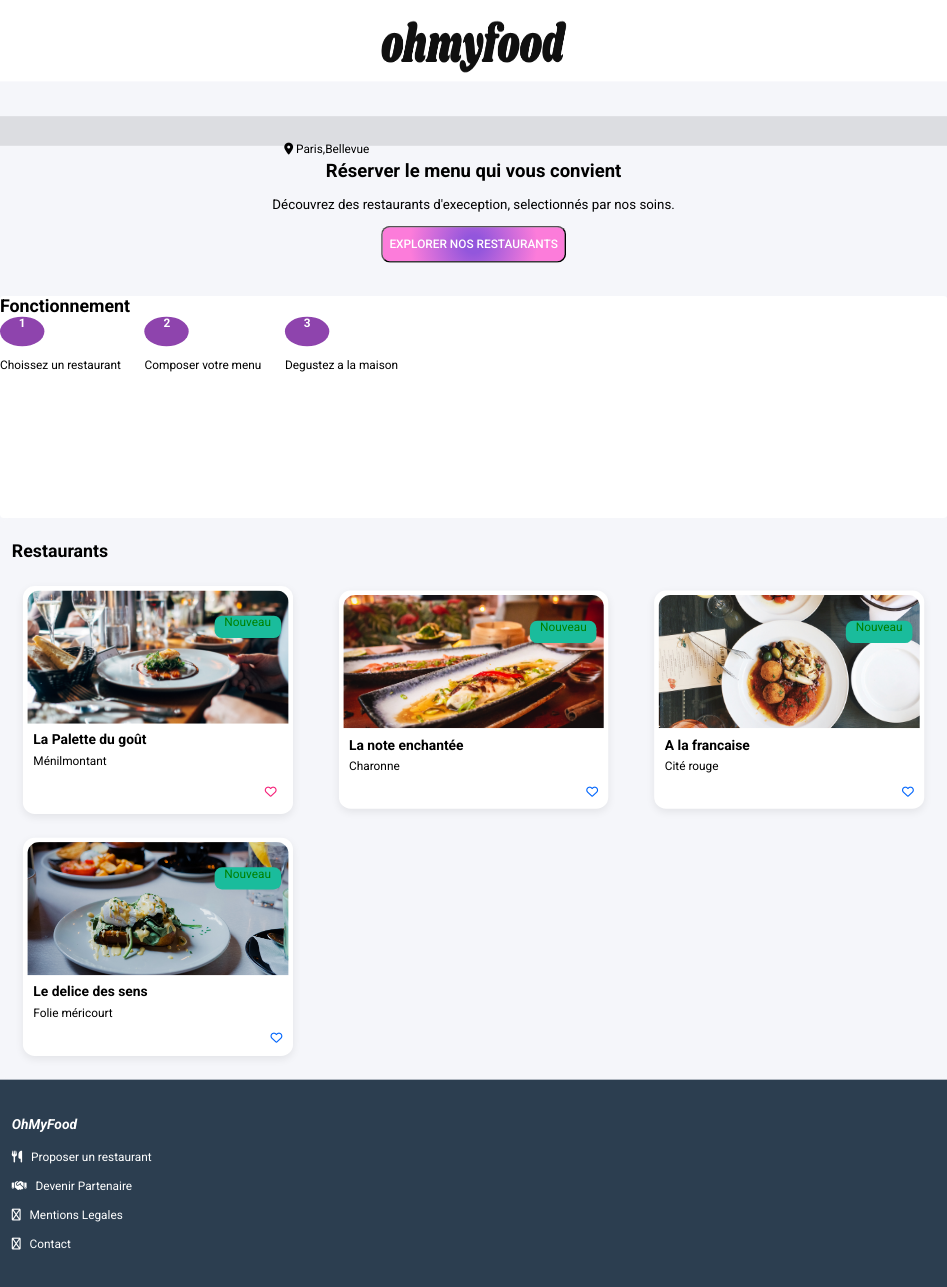
Repository: ultraasedev/ohmyfood
Page: index.html
These files come from the project's save history. The page is drawn as it stood at one moment and after the next save; the edit follows.
The browser window is 1280 px wide. The pictures show the whole page, at 74% of full size.
Some web fonts or font styles are not loaded; a fallback is used. Some web libraries are served in a nearby version.

Above is the page before, as saved 2022-10-27 18:46:23.

### index.html
<!doctype html>
<html lang="fr">
    <head>
        <meta charset="UTF-8">
        <meta name="viewport" content="width=device-width,minimum-scale=1,initial-scale=1,maximum-scale=2">

      <title>Ohmyfood!  - Home</title>
       <meta name="description" content="Ohmyfood! est une entreprise de commande de repas en ligne. Notre concept permet aux
       utilisateurs de composer leur propre menu et réduire leur temps d’attente dans les
       restaurants car leur menu est préparé à l’avance. Plus de perte de temps à consulter la carte"/>
       <meta property="og:site_name" content="Ohmyfood!  - est une entreprise de commande de repas en ligne. Notre concept permet aux
       utilisateurs de composer leur propre menu et réduire leur temps d’attente dans les
       restaurants car leur menu est préparé à l’avance. Plus de perte de temps à consulter la carte" />
       <meta property="og:description" content="est une entreprise de commande de repas en ligne. Notre concept permet aux
       utilisateurs de composer leur propre menu et réduire leur temps d’attente dans les
       restaurants car leur menu est préparé à l’avance. Plus de perte de temps à consulter la carte" />




       <link type="text/css" rel="stylesheet" href="css/normalize.css"/>
       <link type="text/css" rel="stylesheet" href="css/all.min.css"/>
       <link type="text/css" rel="stylesheet" href="css/fontawesome.min.css"/>
       <link rel="preconnect" href="https://fonts.googleapis.com">
        <link rel="preconnect" href="https://fonts.gstatic.com" crossorigin>
       <link href="https://fonts.googleapis.com/css2?family=Roboto:ital,wght@0,100;0,300;0,400;0,500;0,700;0,900;1,100;1,300;1,400;1,500;1,700;1,900&family=Shrikhand&display=swap" rel="stylesheet">
       <script   src="https://kit.fontawesome.com/f132f25ed3.js" crossorigin="anonymous"></script>

       <link type="text/css" rel="stylesheet" href="css/style.css" />



       </head>

       <body>
<!--Nav + Logo-->
   <div class="nav">
    <div class="logo">
      <img src="images/logo/ohmyfood.png" alt="Ohmyfood !" class="logo"/>
    </div>
   </div>


<!--Header-->
<header>
  <!--Location-->
 <div class="location">
  <div class="villeloca"><p><i class="fa-sharp fa-solid fa-location-dot"></i> Paris,Bellevue</p></div>
</div>

  <div class="head-cont">
    <h2>Réserver le menu qui vous convient</h2>
    <p>Découvrez des restaurants d'exeception, selectionnés par nos soins.</p>

    <button class="btn-nav">
      Explorer nos restaurants
    </button>
  </div>
</header>

<!--Fonctionnement-->
<section class="cont-fonc">
  <h2>Fonctionnement</h2>

  <div class="ctn-filtres">

    <div class="filtres">
      <div class="circle-inf">1</div>
      <p>Choissez un restaurant</p>
    </div>

    <div class="filtres">
      <div class="circle-inf">2</div>
      <p>Composer votre menu</p>
    </div>

    <div class="filtres">
      <div class="circle-inf">3</div>
      <p>Degustez a la maison</p>
    </div>


  </div>

</section>
<!--Fonctionnement-->

<!--Restau 1-->
<section class="cont-art">
  <h2>Restaurants</h2>

  <!-- Card 1 -->
              <article class="resto-card">
                <a href="#">
                  <img
                    src="./images/restaurants/jay-wennington-N_Y88TWmGwA-unsplash.jpg"
                    alt="Photo de l'hébergement"
                  />
                  <div class="new">Nouveau</div>
                  <h3>La Palette du goût</h3>
                  <p>Ménilmontant</p>
                  <div class="stars">
                    <i class="fa-regular fa-heart active"></i>
                  </div>
                </a>
              </article>


               <!-- Card 2 -->
               <article class="resto-card">
                <a href="#">
                  <img
                    src="./images/restaurants/louis-hansel-shotsoflouis-qNBGVyOCY8Q-unsplash.jpg"
                    alt="Photo de l'hébergement"
                  />
                  <div class="new">Nouveau</div>
                  <h3>La note enchantée</h3>
                  <p>Charonne</p>
                  <div class="stars">
                    <i class="fa-regular fa-heart"></i>

                  </div>
                </a>
              </article>

               <!-- Card 3 -->
               <article class="resto-card">
                <a href="#">
                  <img
                    src="./images/restaurants/stil-u2Lp8tXIcjw-unsplash.jpg"
                    alt="Photo de l'hébergement"
                  />
                  <div class="new">Nouveau</div>
                  <h3>A la francaise</h3>
                  <p>Cité rouge</p>
                  <div class="stars">
                    <i class="fa-regular fa-heart"></i>
                  </div>
                </a>
              </article>

               <!-- Card 4 -->
               <article class="resto-card">
                <a href="#">
                  <img
                    src="./images/restaurants/toa-heftiba-DQKerTsQwi0-unsplash.jpg"
                    alt="Photo de l'hébergement"
                  />
                  <div class="new">Nouveau</div>
                  <h3>Le delice des sens</h3>
                  <p>Folie méricourt</p>
                  <div class="stars">
                    <i class="fa-regular fa-heart"></i>
                  </div>
                </a>
              </article>




</section>

<!--FOOTER-->
<footer>
  <div class="container-footer">
    <div class="card-footer">
      <h3 style="font-family: 'Roboto';font-weight: 700;font-style: italic;">OhMyFood</h3>
      <!--<img src="images/logo/ohmyfood.png" alt="Ohmyfood !" height="20px" width="80px" style="margin-bottom: 10px;"/>-->
      <a href="#"><i class="fa-solid fa-utensils"></i>&nbsp;&nbsp;&nbsp;Proposer un restaurant</a>
      <a href="#"><i class="fa-solid fa-handshake"></i>&nbsp;&nbsp;&nbsp;Devenir Partenaire</a>
      <a href="#"><i class="fa-regular fa-circle-info"></i>&nbsp;&nbsp;&nbsp;Mentions Legales</a>
      <a href="#"><i class="fa-regular fa-phone"></i>&nbsp;&nbsp;&nbsp;Contact</a>

    </div>

</footer>

### css/style.css
*{
    box-sizing: border-box;
    font-family: var(--fontall);
    max-width: 1380px;

}
:root{

  /*Font*/
  --fontall: 'Roboto', sans-serif;
  --fontlg: 'Shrikhand' , cursive;

  /*color*/
  --primary: #9356DC;
  --secon: #FF79DA;
  --tert: #99E2D0;

  --greybg: #f5f6fa;

}


body{
    background-color:  var(--greybg);
    font-family: var(--fontall);
}

/* Nav*/
.nav{
  display: flex;
  height: 130px;
  width: 100%;
  background-color: #fff;
  align-items: center;
  align-content: center;
  text-align: center;
  margin-bottom: 10px;
}
/*Logo*/
.logo{
  position: relative;
  align-items: center;
  align-content: center;
  text-align: center;
  margin-right: auto;
  margin-left: auto;
}
.logo img{
  height: 70px;
  width: 250px;
}
/*Header*/
header{
  position: absolute;
  height: 300px;
  width: 100%;
  background-color: #f5f6fa;
  align-items: center;
  align-content: center;
  text-align: center;
  margin-top: -30px;
}
/*Location*/
.location{
  position: flex;
  background-color: #dcdde1;
  height: 40px;
  margin-top: -8px;
  align-items: center;
  align-content: center;
  text-align: center;
}
.location .villeloca{
  position: absolute;
  align-items: center;
  align-content: center;
  text-align: center;
  left: 30%;
}

/*Head-Cont*/

.head-cont h2{
  font-size: 25px;
  font-weight: bold;

}
.head-cont p{
  font-size: 18px;
  font-weight: 400;

}
/*Btn-nav*/
.btn-nav{
  align-items: center;
  align-content: center;
  text-transform: uppercase;
  transition: 0.5s;
  background: rgb(147,86,220);
  background: radial-gradient(circle, rgba(147,86,220,1) 10%, rgba(252,124,218,1) 69%);
  z-index: -1;
  transition: transform 400ms ease-in;
  color: #fff;
  width: 250px;
  height: 50px;
  overflow: hidden;
  text-decoration: none;
  border-radius: 12px;
 font-weight: 500;

}
/*Fonctionnement*/
.cont-fonc{
  position: relative;
  background-color: #fff;
  height: 300px;
  margin-top: 270px;
  border-radius: 5px;
}

.cont-fonc h2 {
  grid-column: 1/-1;
  margin: 0;
}
.cont-fonc .ctn-filtres {
  display: flex;
  align-items: center;
  gap: 32px;
  flex-wrap: wrap;
  margin-bottom: 32px;
}
.cont-fonc .circle-inf{
  background-color: #8e44ad;
  width: 60px;
  height: 40px;
  border-radius: 60px / 40px;
  text-align: center;
  color: #fff;
  font-weight: bold;
}
/* Content Article */
.cont-art{
  background-color: #f5f6fa;
  padding: 32px 16px;
  border-radius: 16px;
  display: grid;
  grid-template-columns: repeat(3, 1fr);
  gap: 32px;
  left: 10px;
}
.cont-art h2 {
  grid-column: 1/-1;
  margin: 0;
}
.cont-art .resto-card{
  background: white;
  padding: 6px;
  border-radius: 16px;
  margin: auto;
  box-shadow: rgba(0, 0, 0, 0.08) 0px 4px 12px;
  transition: 0.2s;
  width: calc(100% - 30px);
}
.cont-art .resto-card .new{
  position: relative;
  background-color: #1abc9c;
  color: green;
  height: 30px;
  width: 90px;
  text-align: center;
  justify-content: center;
  align-items: center;
  border-radius: 10px;
  float: right;
  top: -150px;
  margin-right: 10px;
  font-weight: 400;
}
.cont-art .resto-card img {
  height: 180px;
  object-fit: cover;
  width: 100%;
  border-top-right-radius: 16px;
  border-top-left-radius:16px;
}
.cont-art .resto-card a {
  text-decoration: none;
  color: inherit;
}

.cont-art .resto-card h3 {
  margin: 8px 8px 8px;
}

.cont-art .resto-card p {
  margin: 8px 8px 8px;
}

.cont-art .resto-card .stars {
  margin: 8px 8px 8px;
  color: #0065fc;
  float: right;
}
.cont-art .resto-card .stars .active{
  margin: 8px 8px 8px;
  color: #f52179;
}

/*FOOTER*/
footer {
  background-color: #2c3e50;
  padding: 32px 16px;
  color: #fff;
}
.container-footer {
  display: flex;
  max-width: 1330px;
  margin: auto;
  font-family: "Raleway", sans-serif;
  gap: 16px;
}
.card-footer {
  display: flex;
  flex-direction: column;
  min-width: 30%;
}

.card-footer a {
  margin-top: 5px;
  margin-bottom: 16px;
  text-decoration: none;
  color: inherit;
}

.card-footer a:hover {
  text-decoration: underline !important;
}

Loaded but not shown: css/normalize.css (library); css/all.min.css (library); css/fontawesome.min.css (library)

After the next save:
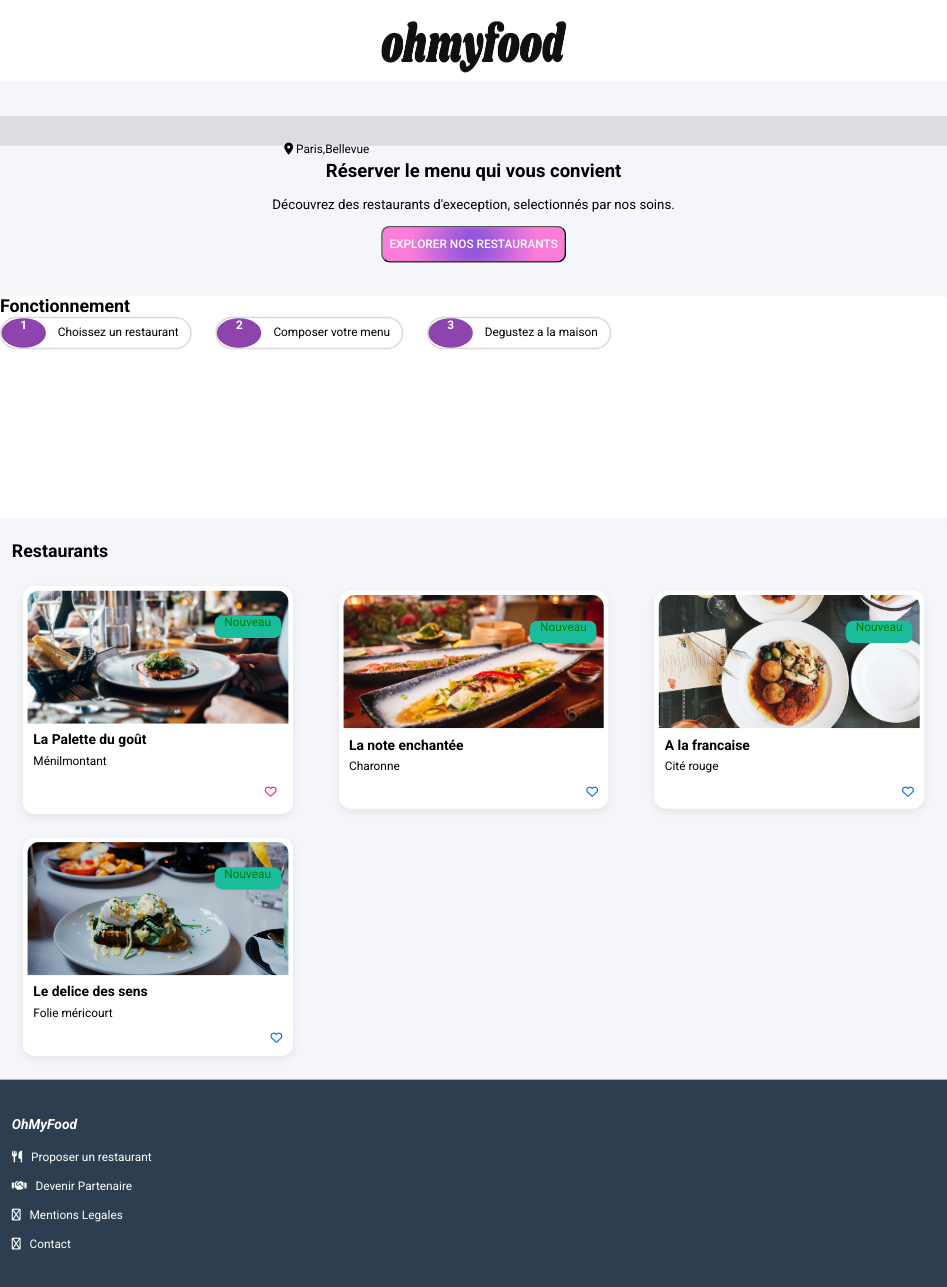
Saved 83 s later.
--- a/css/style.css
+++ b/css/style.css
@@ -138,6 +138,17 @@ header{
   color: #fff;
   font-weight: bold;
 }
+.cont-fonc .ctn-filtres .filtres{
+  display: flex;
+  align-items: center;
+  gap: 16px;
+  border: 2px solid #d9d9d9;
+  border-radius: 32px;
+  padding: 0 16px 0 0;
+  height: 44px;
+  transition: 0.2s;
+  cursor: pointer;
+}
 /* Content Article */
 .cont-art{
   background-color: #f5f6fa;
